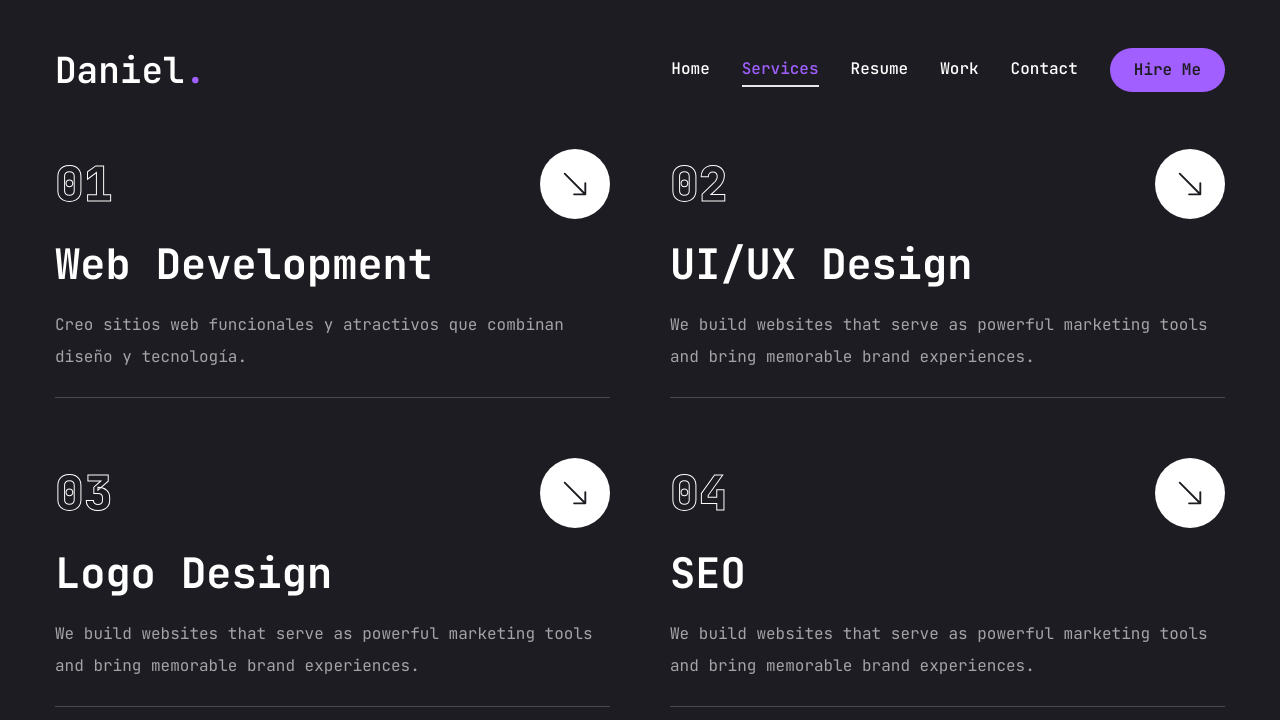
Repository: itsDarkos/Daniel-Portfolio
Page: /services
An editor plug-in stored every save of this project. The page is shown before and after the next save, followed by the edit.
The browser window is 1280 px wide. The pictures show the whole page.
The project was rebuilt for these pictures with package versions that can differ from the ones it lists, and the page was loaded fresh each time. The framework's server and built-in components were replaced by stand-ins that run in the browser. Also part of the build but not shown: next.config.mjs.

Above is the page before, as saved 2025-01-04 19:20:21.

### app/layout.jsx
import { JetBrains_Mono } from "next/font/google";
import "./globals.css";

// components
import Header from "@/components/Header";
import PageTransition from "@/components/PageTransition";
import StairTransition from "@/components/StairTransition";

const jetBrainsMono = JetBrains_Mono({
  variable: "--font-jetBrainsMono",
  weight: ["100", "200", "300", "400", "500", "600", "700", "800"],
  subsets: ["latin"],
});

export const metadata = {
  title: "Create Next App",
  description: "Generated by create next app",
};

export default function RootLayout({ children }) {
  return (
    <html lang="en">
      <body className={jetBrainsMono.variable}>
        <Header />
        <StairTransition />
        <PageTransition>{children}</PageTransition>
      </body>
    </html>
  );
}

### app/services/page.jsx
"use client";

import { BsArrowDownRight } from "react-icons/bs";
import Link from "next/link";

const services = [
  {
    num: "01",
    title: "Web Development",
    description:
      "Creo sitios web funcionales y atractivos que combinan diseño y tecnología.",
    href: "",
  },
  {
    num: "02",
    title: "UI/UX Design",
    description:
      "We build websites that serve as powerful marketing tools and bring memorable brand experiences.",
    href: "",
  },
  {
    num: "03",
    title: "Logo Design",
    description:
      "We build websites that serve as powerful marketing tools and bring memorable brand experiences.",
    href: "",
  },
  {
    num: "04",
    title: "SEO",
    description:
      "We build websites that serve as powerful marketing tools and bring memorable brand experiences.",
    href: "",
  },
];

import { motion } from "framer-motion";

const Services = () => {
  return (
    <section className="min-h-[80vh] flex flex-col justify-center py-12 xl:py-0">
      <div className="container mx-auto">
        <motion.div
          initial={{ opacity: 0 }}
          animate={{
            opacity: 1,
            transition: { delay: 2.4, duration: 0.4, ease: "easeIn" },
          }}
          className="grid grid-cols-1 md:grid-cols-2 gap-[60px]"
        >
          {services.map((service, index) => {
            return (
              <div
                key={index}
                className="flex-1 flex flex-col justify-center gap-6 group"
              >
                {/* top */}
                <div className="w-full flex justify-between items-center">
                  <div className="text-5xl font-extrabold text-outline text-transparent group-hover:text-outline-hover transition-all duration-500">
                    {service.num}
                  </div>
                  <Link href={service.href} className="w-[70px] h-[70px] rounded-full bg-white group-hover:bg-accent transition-all duration-500 flex justify-center items-center hover:-rotate-45">
                    <BsArrowDownRight className="text-primary text-3xl" />
                  </Link>
                </div>
                {/* tiltle */}
                <h2 className="text-[42px] font-bold leading-none text-white group-hover:text-accent transition-all duration-500">{service.title}</h2>
                {/* description */}
                <p className="text-white/60">{service.description}</p>
                {/* border */}
                <div className="border-b border-white/20 w-full"></div>
              </div>
            );
          })}
        </motion.div>
      </div>
    </section>
  );
};

export default Services;

### app/globals.css
@tailwind base;
@tailwind components;
@tailwind utilities;

@layer base {
  body {
    @apply font-primary bg-primary text-white leading-loose;
  }

  .h1 {
    @apply text-[48px] xl:text-[80px] leading-[1.1] font-semibold;
  }

  .h2 {
    @apply text-[36px] xl:text-[48px] leading-[1.1] font-semibold;
  }

  .h3 {
    @apply text-[20px] xl:text-[24px] leading-[1.1] font-semibold;
  }
  .text-outline{
    -webkit-text-stroke: 1px #ffffff;
  }

  .text-outline-hover{
    -webkit-text-stroke: 1px #a15fff;
  }
}

### components/Header.jsx
import Link from "next/link";
import { Button } from "./ui/button";

// components
import { Nav } from "./Nav";
import MobileNav from "./MobileNav";

export const Header = () => {
  return (
    <header className="py-8 xl:py-12 text-white">
      <div className="container mx-auto flex justify-between items-center">
        {/* logo */}
        <Link href="/">
          <h1 className="text-4xl font-semibold">
            Daniel<span className="text-accent">.</span>
          </h1>
        </Link>
        {/* desktop nav & hire me button */}
        <div className="hidden xl:flex items-center gap-8">
          <Nav />
          <Link href="/contact">
            <Button>Hire Me</Button>
          </Link>
        </div>
        {/* mobile nav */}
        <div className="xl:hidden">
          <MobileNav />
        </div>
      </div>
    </header>
  );
};

export default Header;

### components/PageTransition.jsx
"use client";

import { AnimatePresence, motion } from "framer-motion"
import { usePathname } from "next/navigation";

const PageTransition = ({children}) => {
  const pathname = usePathname();
  return <AnimatePresence>
    <div key={pathname}>
      <motion.div
        initial ={{opacity: 1}}
        animate={{
          opacity: 0,
          transition:{delay: 1, duration: 0.4, ease: "easeInOut"},
        }}
        className="h-screen w-screen fixed bg-primary top-0 pointer-events-none"
      />
      {children}
    </div>
    </AnimatePresence>
}

export default PageTransition

### components/StairTransition.jsx
"use client";

import { AnimatePresence, motion } from "framer-motion";
import { usePathname } from "next/navigation";

//components
import Stairs from "./Stairs";

const StairTransition = () => {
  const pathname = usePathname();
  return (
    <>
      <AnimatePresence mode="wait">
        <div key={pathname}>
          <div className="h-screen w-screen fixed top-0 left-0 right-0 pointer-events-none z-40 flex">
            <Stairs />
          </div>
          <motion.div
            className="h-screen w-screen fixed bg-primary top-0 pointer-events-none"
            initial={{ opacity: 1 }}
            animate={{
              opacity: 0,
              transition: { delay: 1, duration: 0.4, ease: "easeInOut" },
            }}
          />
        </div>
      </AnimatePresence>
    </>
  );
};

export default StairTransition;

### components/ui/button.jsx
import * as React from "react";
import { Slot } from "@radix-ui/react-slot";
import { cva } from "class-variance-authority";

import { cn } from "@/lib/utils";

const buttonVariants = cva(
  "inline-flex items-center justify-center whitespace-nowrap rounded-full text-base font-semibold ring-offset-white transition-colors",
  {
    variants: {
      variant: {
        default:  "bg-accent text-primary hover:bg-accent-hover",
        primary:  "bg-primary text-white",
        outline:  "border border-accent bg-transparent text-accent hover:bg-accent hover:text-primary",
      },
      size: {
        default: "h-[44px] px-6",
        sm: "h-[48px] px-6",
        lg: "h-[56px] px-8 text-sm uppercase tracking-[2px]",
      },
    },
    defaultVariants: {
      variant: "default",
      size: "default",
    },
  }
);

const Button = React.forwardRef(
  ({ className, variant, size, asChild = false, ...props }, ref) => {
    const Comp = asChild ? Slot : "button";
    return (
      <Comp
        className={cn(buttonVariants({ variant, size, className }))}
        ref={ref}
        {...props}
      />
    );
  }
);
Button.displayName = "Button";

export { Button, buttonVariants };

### components/Nav.jsx
"use client";

import Link from "next/link";
import { usePathname } from "next/navigation";

const links = [
  {
    name: "Home",
    path: "/",
  },
  {
    name: "Services",
    path: "/services",
  },
  {
    name: "Resume",
    path: "/resume",
  },
  {
    name: "Work",
    path: "/work",
  },
  {
    name: "Contact",
    path: "/contact",
  },
];

export const Nav = () => {
  const pathname = usePathname();
  console.log(pathname);
  return (
    <nav className="flex gap-8">
      {links.map((link, index) => {
        return (
          <Link
            href={link.path}
            key={index}
            className={`${
              link.path === pathname && "text-accent border-b-2 border-accent"
            }capitalize font-medium hover:text-accent transition all`}>
            {link.name}
          </Link>
        );
      })}
    </nav>
  );
};

export default Nav;

### components/MobileNav.jsx
"use client";

import { Sheet, SheetContent, SheetTrigger } from "@/components/ui/sheet";
import { usePathname } from "next/navigation";
import Link from "next/link";
import { CiMenuFries } from "react-icons/ci";

const links = [
  {
    name: "home",
    path: "/",
  },
  {
    name: "services",
    path: "/services",
  },
  {
    name: "resume",
    path: "/resume",
  },
  {
    name: "work",
    path: "/work",
  },
  {
    name: "contact",
    path: "/contact",
  },
];

const MobileNav = () => {
  const pathname = usePathname();
  return (
    <Sheet>
      <SheetTrigger className="flex justify-center items-center">
        <CiMenuFries className="text-[32px] text-accent" />
      </SheetTrigger>
      <SheetContent className="flex flex-col">
        {/* logo */}
        <div className="mt-32 mt-40 text-center text-2xl">
          <Link href="/"></Link>
          <h1 className="text-4xl font-semibold">
            Daniel<span className="text-accent">.</span>
          </h1>
        </div>
        {/* nav */}
        <nav className="flex flex-col justifi-center items-center gap-8">
          {links.map((link, index) => {
            return (
              <Link
                href={link.path}
                key={index}
                className={`${
                  link.path === pathname &&
                  "text-accent border-b-2 border-accent"
                } text-xl capitalize hover:text-accent transition`}
              >
                {link.name}
              </Link>
            );
          })}
        </nav>
      </SheetContent>
    </Sheet>
  );
};

export default MobileNav;

### components/Stairs.jsx
import { animate, motion } from "framer-motion";

//variants
const stairAimation = {
  initial: {
    top: "0%",
  },
  animate: {
    top: "100%",
  },
  exit: {
    top: ["100%", "0%"],
  },
};

//calculate the reverse index fot staggred delay
const reverseIndex = (index) => {
  const totalSteps = 6; //number of steps
  return totalSteps - index - 1;
};

const Stairs = () => {
  return (
    <>
      {/* render & motion divs, each representing a step of the stairs.
      Each div will have the same animation defined by the stoirsAnimation object.
      The delay for each div is calculated sinomically based on it's reversed index,
      creating a staggered effect with decreasing delay for each subsequent step.
     */}
      {[...Array(6)].map((_, index) => {
        return (
          <motion.div
            key={index}
            variants={stairAimation}
            initial="initial"
            animate="animate"
            exit="exit"
            transition={{
              duration: 0.4,
              ease: "easeInOut",
              delay: reverseIndex(index) * 0.1,
            }}
            className="h-full w-full bg-white relative"
          />
        );
      })}
    </>
  );
};

export default Stairs;

### components/ui/sheet.jsx
"use client";
import * as React from "react"
import * as SheetPrimitive from "@radix-ui/react-dialog"
import { cva } from "class-variance-authority";
import { cn } from "@/lib/utils"

import {IoMdClose} from "react-icons/io"

const Sheet = SheetPrimitive.Root

const SheetTrigger = SheetPrimitive.Trigger

const SheetClose = SheetPrimitive.Close

const SheetPortal = SheetPrimitive.Portal

const SheetOverlay = React.forwardRef(({ className, ...props }, ref) => (
  <SheetPrimitive.Overlay
    className={cn(
      "fixed inset-0 z-50 bg-black/80  data-[state=open]:animate-in data-[state=closed]:animate-out data-[state=closed]:fade-out-0 data-[state=open]:fade-in-0",
      className
    )}
    {...props}
    ref={ref} />
))
SheetOverlay.displayName = SheetPrimitive.Overlay.displayName

const sheetVariants = cva(
  "fixed z-50 gap-4 bg-primary p-6 shadow-lg transition ease-in-out data-[state=open]:animate-in data-[state=closed]:animate-out data-[state=closed]:duration-300 data-[state=open]:duration-500 dark:bg-neutral-950",
  {
    variants: {
      side: {
        top: "inset-x-0 top-0 border-b data-[state=closed]:slide-out-to-top data-[state=open]:slide-in-from-top",
        bottom:
          "inset-x-0 bottom-0 border-t data-[state=closed]:slide-out-to-bottom data-[state=open]:slide-in-from-bottom",
        left: "inset-y-0 left-0 h-full w-3/4 border-r data-[state=closed]:slide-out-to-left data-[state=open]:slide-in-from-left sm:max-w-sm",
        right:
          "inset-y-0 right-0 h-full w-3/4 data-[state=closed]:slide-out-to-right data-[state=open]:slide-in-from-right sm:max-w-sm",
      },
    },
    defaultVariants: {
      side: "right",
    },
  }
)

const SheetContent = React.forwardRef(({ side = "right", className, children, ...props }, ref) => (
  <SheetPortal>
    <SheetOverlay />
    <SheetPrimitive.Content ref={ref} className={cn(sheetVariants({ side }), className)} {...props}>
      {children}
      <SheetPrimitive.Close
        className="absolute right-8 top-8 transition opacity ouline-none">
        <IoMdClose className="text-3xl text-accent" />
        <span className="sr-only">Close</span>
      </SheetPrimitive.Close>
    </SheetPrimitive.Content>
  </SheetPortal>
))
SheetContent.displayName = SheetPrimitive.Content.displayName

const SheetHeader = ({
  className,
  ...props
}) => (
  <div
    className={cn("flex flex-col space-y-2 text-center sm:text-left", className)}
    {...props} />
)
SheetHeader.displayName = "SheetHeader"

const SheetFooter = ({
  className,
  ...props
}) => (
  <div
    className={cn("flex flex-col-reverse sm:flex-row sm:justify-end sm:space-x-2", className)}
    {...props} />
)
SheetFooter.displayName = "SheetFooter"

const SheetTitle = React.forwardRef(({ className, ...props }, ref) => (
  <SheetPrimitive.Title
    ref={ref}
    className={cn("text-lg font-semibold text-neutral-950 dark:text-neutral-50", className)}
    {...props} />
))
SheetTitle.displayName = SheetPrimitive.Title.displayName

const SheetDescription = React.forwardRef(({ className, ...props }, ref) => (
  <SheetPrimitive.Description
    ref={ref}
    className={cn("text-sm text-neutral-500 dark:text-neutral-400", className)}
    {...props} />
))
SheetDescription.displayName = SheetPrimitive.Description.displayName

export {
  Sheet,
  SheetPortal,
  SheetOverlay,
  SheetTrigger,
  SheetClose,
  SheetContent,
  SheetHeader,
  SheetFooter,
  SheetTitle,
  SheetDescription,
}

### tailwind.config.mjs
/** @type {import('tailwindcss').Config} */
// eslint-disable-next-line import/no-anonymous-default-export
export default {
  darkMode: ["class"],
  content: [
    "./pages/**/*.{js,ts,jsx,tsx,mdx}",
    "./components/**/*.{js,ts,jsx,tsx,mdx}",
    "./app/**/*.{js,ts,jsx,tsx,mdx}",
  ],
  theme: {
    container: {
      center: true,
      padding: "15px",
    },
    screens: {
      sm: "640px",
      md: "768px",
      lg: "960px",
      xl: "1200px",
    },
    fontFamily: {
      primary: "var(--font-jetBrainsMono)",
    },
    extend: {
      colors: {
        primary: "#1c1c22",
        accent: {
          DEFAULT: "#a15fff",
          hover: "#8e4cff",
        },
      },
      borderRadius: {
        lg: "var(--radius)",
        md: "calc(var(--radius) - 2px)",
        sm: "calc(var(--radius) - 4px)",
      },
    },
  },
  plugins: [require("tailwindcss-animate")],
};

Loaded but not shown: lib/utils.js (common file)

After the next save:
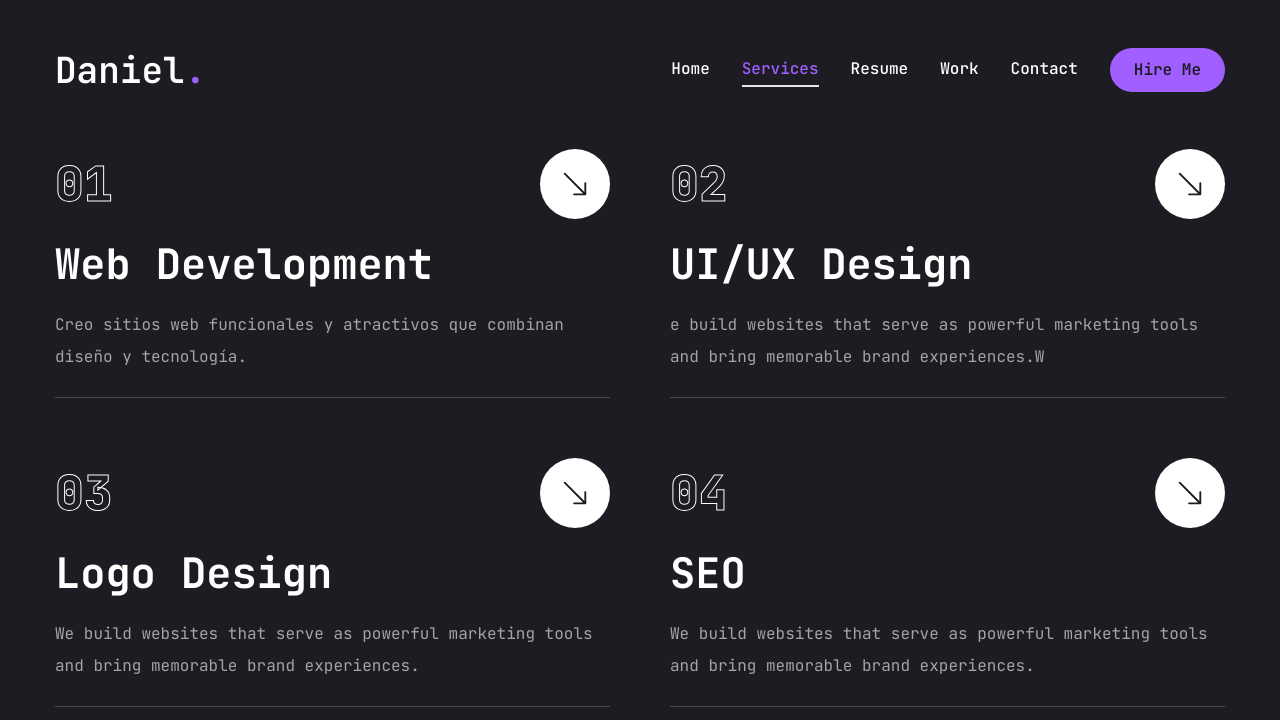
Saved 11 s later.
--- a/app/services/page.jsx
+++ b/app/services/page.jsx
@@ -15,7 +15,7 @@ const services = [
     num: "02",
     title: "UI/UX Design",
     description:
-      "We build websites that serve as powerful marketing tools and bring memorable brand experiences.",
+      "e build websites that serve as powerful marketing tools and bring memorable brand experiences.W",
     href: "",
   },
   {
